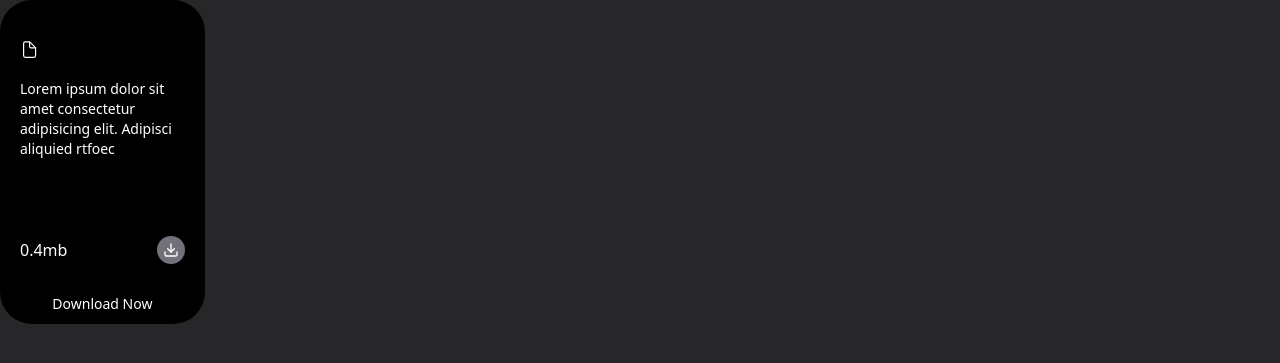
Repository: SharonSebastian32/dragable_cards
Page: /
These files come from the project's save history. The page is drawn as it stood at one moment and after the next save; the edit follows.
The browser window is 1280 px wide. The pictures show the whole page.
The project was rebuilt for these pictures with package versions that can differ from the ones it lists, and the page was loaded fresh each time. Also part of the build but not shown: vite.config.js.

Above is the page before, as saved 2024-08-21 10:35:05.

### src/App.jsx
import Background from "./Components/Background";
import Foreground from "./Components/Foreground";

const App = () => {
  return (
    <div className="w-full h-screen bg-zinc-800 relative">
      <Background />
      <Foreground/>
    </div>
  );
};
export default App;

### src/Components/Background.jsx
const Background = () => {
  return <div className="w-full h-full fixed z-[2]"> </div>;
};

export default Background;

### src/Components/Foreground.jsx
import Card from "./Card";

const Foreground = () => {
    const data = [

    ]
  return (
    <div className="w-full h-full fixed top-0 left-0 z-[3]">
      <Card />
    </div>
  );
};

export default Foreground;

### src/Components/Card.jsx
import { IoDocumentOutline } from "react-icons/io5";
import { LuDownload } from "react-icons/lu";
const Card = () => {
  return (
    <div className="w-[16vw] h-[45vh] rounded-[2rem] text-white px-5 py-10 bg-black relative overflow-hidden">
      <IoDocumentOutline size="1.2em" />
      <p className="text-sm font-medium mt-5">
        Lorem ipsum dolor sit amet consectetur adipisicing elit. Adipisci
        aliquied rtfoec{" "}
      </p>
      {/* footer   */}
      <div className="footer  absolute bottom-0 left-0 w-full h-15  ">
        <div className="flex items-center justify-between p-5">
          <h5>0.4mb</h5>
          <span className="w-7 h-7 bg-zinc-500 rounded-full flex items-center justify-center cursor-pointer">
            <LuDownload />{" "}
          </span>
        </div>{" "}
        <div className="w-full h-10 bg-green- flex items-center justify-center cursor-pointer ">
          <h2 className=" text-sm font-medium"> Download Now </h2>
        </div>
      </div>
    </div>
  );
};

export default Card;

Loaded but not shown: index.html (common file); src/main.jsx (common file); src/index.css (common file); tailwind.config.js (common file)

After the next save:
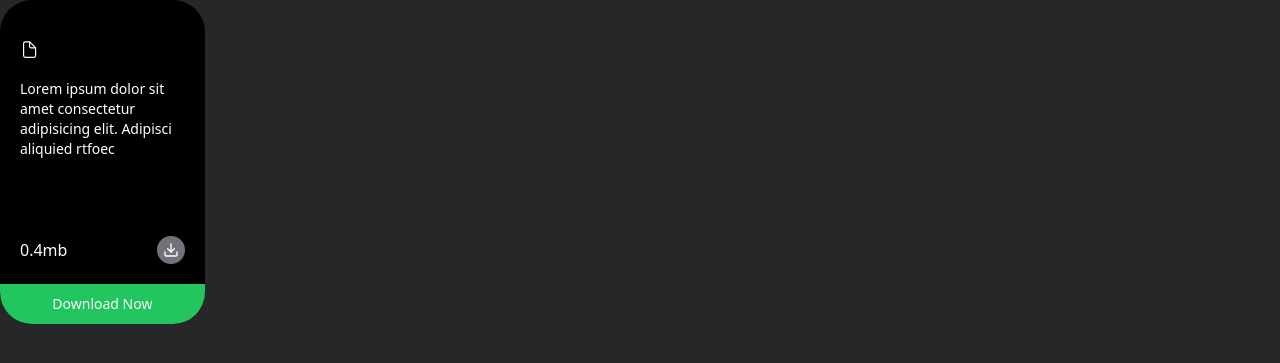
Saved 10 s later.
--- a/src/Components/Card.jsx
+++ b/src/Components/Card.jsx
@@ -16,7 +16,7 @@ const Card = () => {
             <LuDownload />{" "}
           </span>
         </div>{" "}
-        <div className="w-full h-10 bg-green- flex items-center justify-center cursor-pointer ">
+        <div className="w-full h-10 bg-green-500 flex items-center justify-center cursor-pointer ">
           <h2 className=" text-sm font-medium"> Download Now </h2>
         </div>
       </div>
